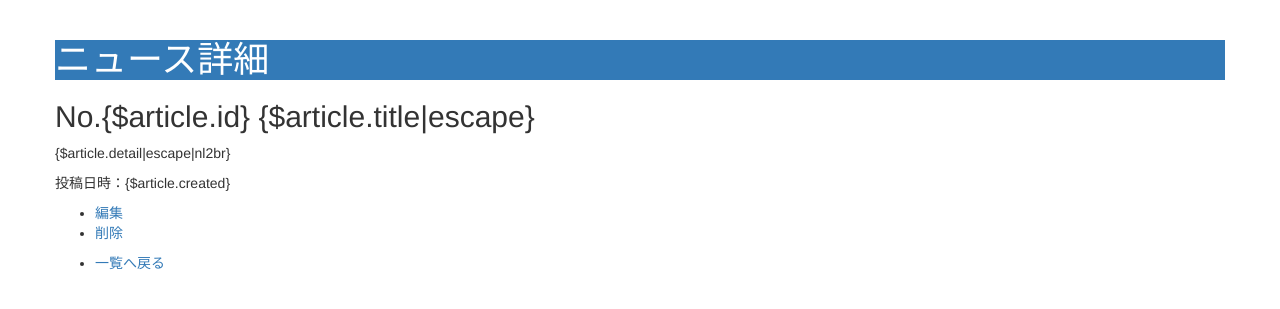
Repository: misakitaro/news-php-20160704-cl9
Page: templates/view.html
The author's editor kept a record of every edit. The page is drawn from the files as they stood at one moment, then again after the next edit.
The browser window is 1280 px wide. The pictures show the whole page.

Above is the page before.

### templates/view.html
<html>

<head>
  <meta http-equiv="Content-Type" content="text/html; charset=utf-8" />
  <!-- Latest compiled and minified CSS -->
  <link rel="stylesheet" href="https://maxcdn.bootstrapcdn.com/bootstrap/3.3.6/css/bootstrap.min.css" integrity="sha384-1q8mTJOASx8j1Au+a5WDVnPi2lkFfwwEAa8hDDdjZlpLegxhjVME1fgjWPGmkzs7" crossorigin="anonymous">
  <!-- Optional theme -->
  <link rel="stylesheet" href="https://maxcdn.bootstrapcdn.com/bootstrap/3.3.6/css/bootstrap-theme.min.css" integrity="sha384-fLW2N01lMqjakBkx3l/M9EahuwpSfeNvV63J5ezn3uZzapT0u7EYsXMjQV+0En5r" crossorigin="anonymous">

  <meta http-equiv="Content-Type" content="text/html; charset=utf-8" />
  <title>ニュース</title>
</head>

<body>
  <div class="container" style="padding:20px 0">
    <!-- タイトル -->
    <h1 class="bg-primary">ニュース詳細</h1>

    <h2>No.{$article.id} {$article.title|escape}</h2>
    <p>{$article.detail|escape|nl2br}</p>
    <p>投稿日時：{$article.created}</p>
    <ul>
      <li><a href="edit_form.php?id={$article.id}">編集</a></li>
      <li><a href="delete_form.php?id={$article.id}">削除</a></li>
    </ul>

    <ul>
      <li><a href="index.php">一覧へ戻る</a></li>
    </ul>
  </div>
  <!-- jquery -->
  <script src="http://code.jquery.com/jquery.js"></script>
  <!-- Latest compiled and minified JavaScript -->
  <script src="https://maxcdn.bootstrapcdn.com/bootstrap/3.3.6/js/bootstrap.min.js" integrity="sha384-0mSbJDEHialfmuBBQP6A4Qrprq5OVfW37PRR3j5ELqxss1yVqOtnepnHVP9aJ7xS" crossorigin="anonymous"></script>

</body>

</html>

After the next edit:
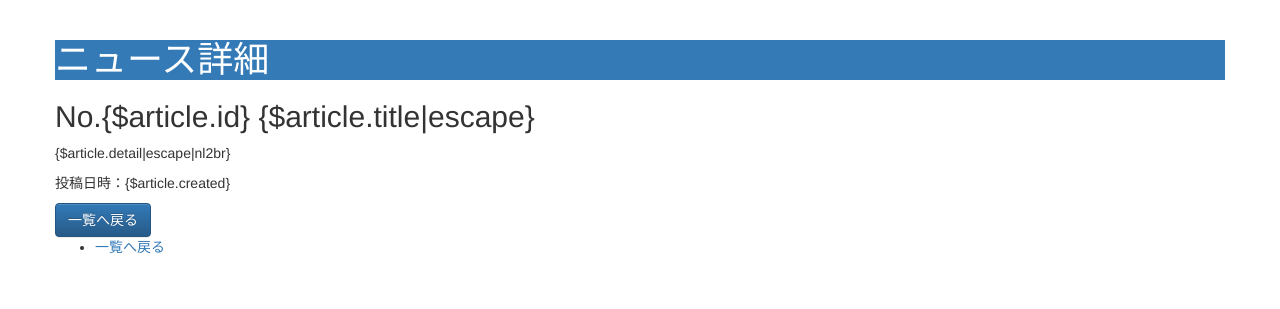
The edit:
--- a/templates/view.html
+++ b/templates/view.html
@@ -19,10 +19,14 @@
     <h2>No.{$article.id} {$article.title|escape}</h2>
     <p>{$article.detail|escape|nl2br}</p>
     <p>投稿日時：{$article.created}</p>
-    <ul>
-      <li><a href="edit_form.php?id={$article.id}">編集</a></li>
-      <li><a href="delete_form.php?id={$article.id}">削除</a></li>
-    </ul>
+
+    <!--<ul>-->
+    <!--  <li><a href="edit_form.php?id={$article.id}">編集</a></li>-->
+    <!--  <li><a href="delete_form.php?id={$article.id}">削除</a></li>-->
+    <!--</ul>-->
+    <!-- リンク -->
+    <a href="index.php" class="btn btn-primary">一覧へ戻る</a></li>
+
 
     <ul>
       <li><a href="index.php">一覧へ戻る</a></li>
